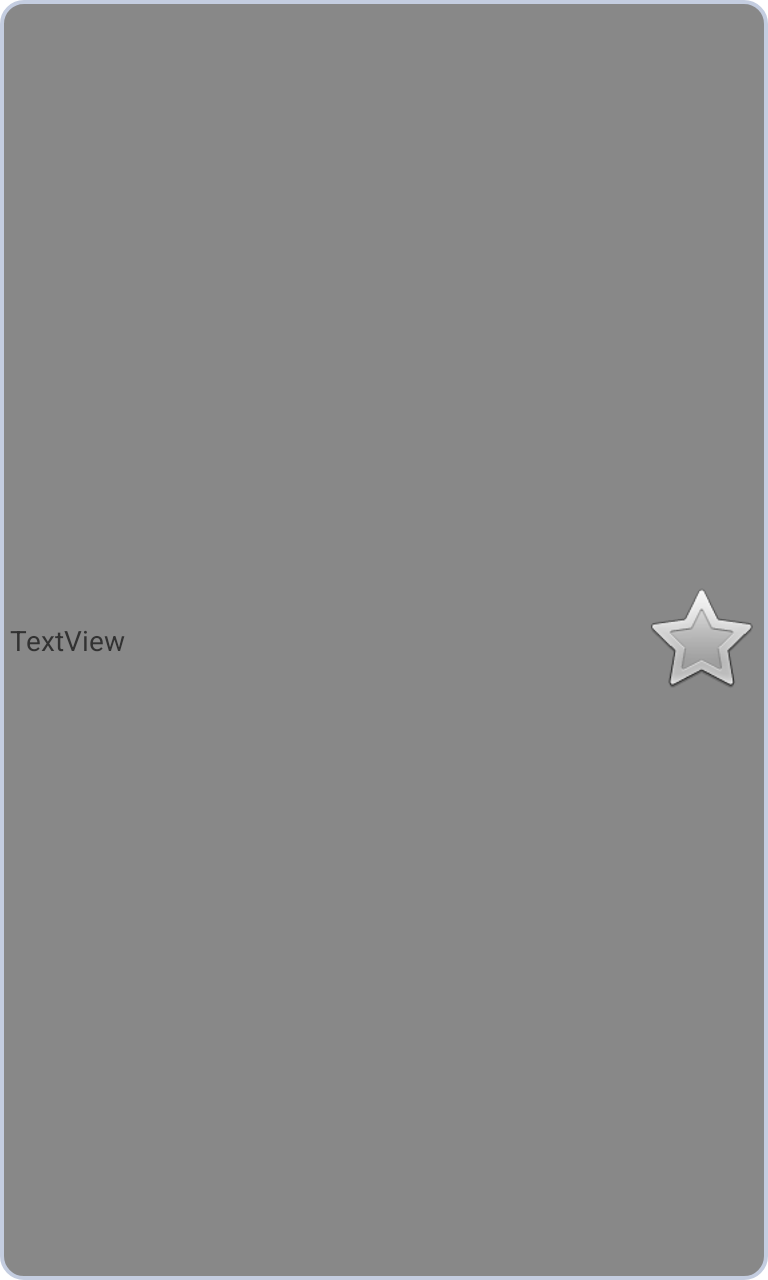
Repository: vinothsridhar/CrickBuzzChallenge
Layout: CricBuzzAndroidApp/res/layout/playlist_item.xml
These files come from the project's save history. The layout is drawn as it stood at one moment and after the next save; the edit follows.
It is drawn on a 768 x 1280 px phone screen (xhdpi) without system bars, with theme AppTheme; the app's code is not run.

Above is the layout before, as saved 2014-12-20 11:34:22.

After the next save:
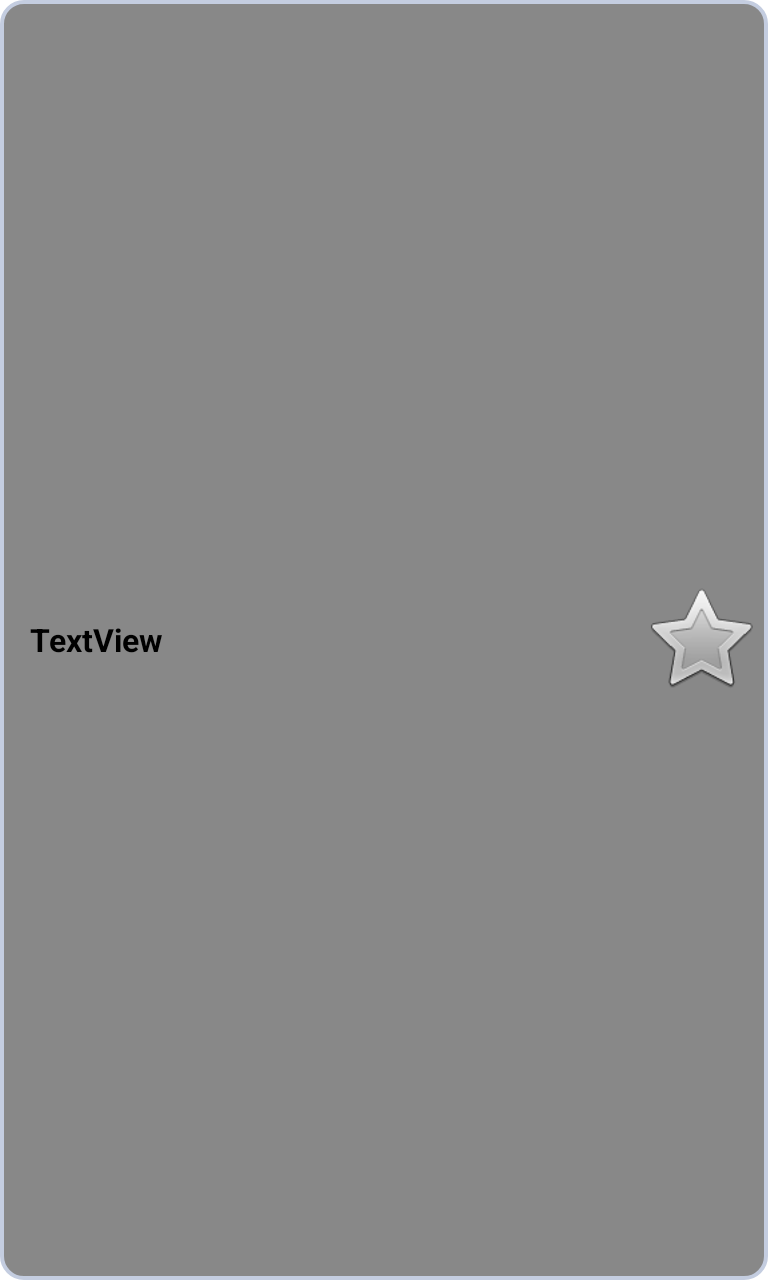
Saved 29 s later.
--- a/CricBuzzAndroidApp/res/layout/playlist_item.xml
+++ b/CricBuzzAndroidApp/res/layout/playlist_item.xml
@@ -12,6 +12,7 @@
         android:layout_width="fill_parent"
         android:layout_height="wrap_content"
         android:layout_weight="1"
+        style="@style/PlayerNameText"
         android:text="TextView" />
 
     <RatingBar
